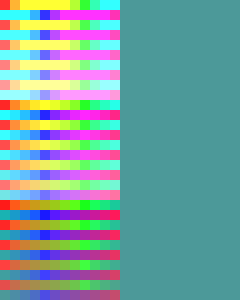
Repository: zhuqinghe/mapf_visualizer
Script's output: python color.py
These files come from the project's save history. The script's output is drawn as it stood at one moment and after the next save; the edit follows.
The window is shown after at most 60 frames with no key pressed. Random numbers start from a fixed seed.

Above is the script's output before, as saved 2021-07-19 14:28:08.

After the next save:
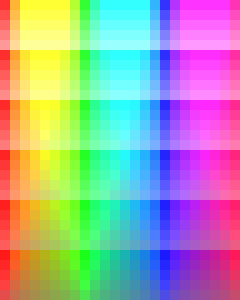
Saved 5 s later.
--- a/color.py
+++ b/color.py
@@ -101,7 +101,7 @@ def HSI2RGB(H, S ,I):
 
 
 if __name__ == '__main__':
-  grid_len = 12
+  grid_len = 24
   grid_wid = 30
   grid_size = 10
   win_len = grid_len*grid_size
